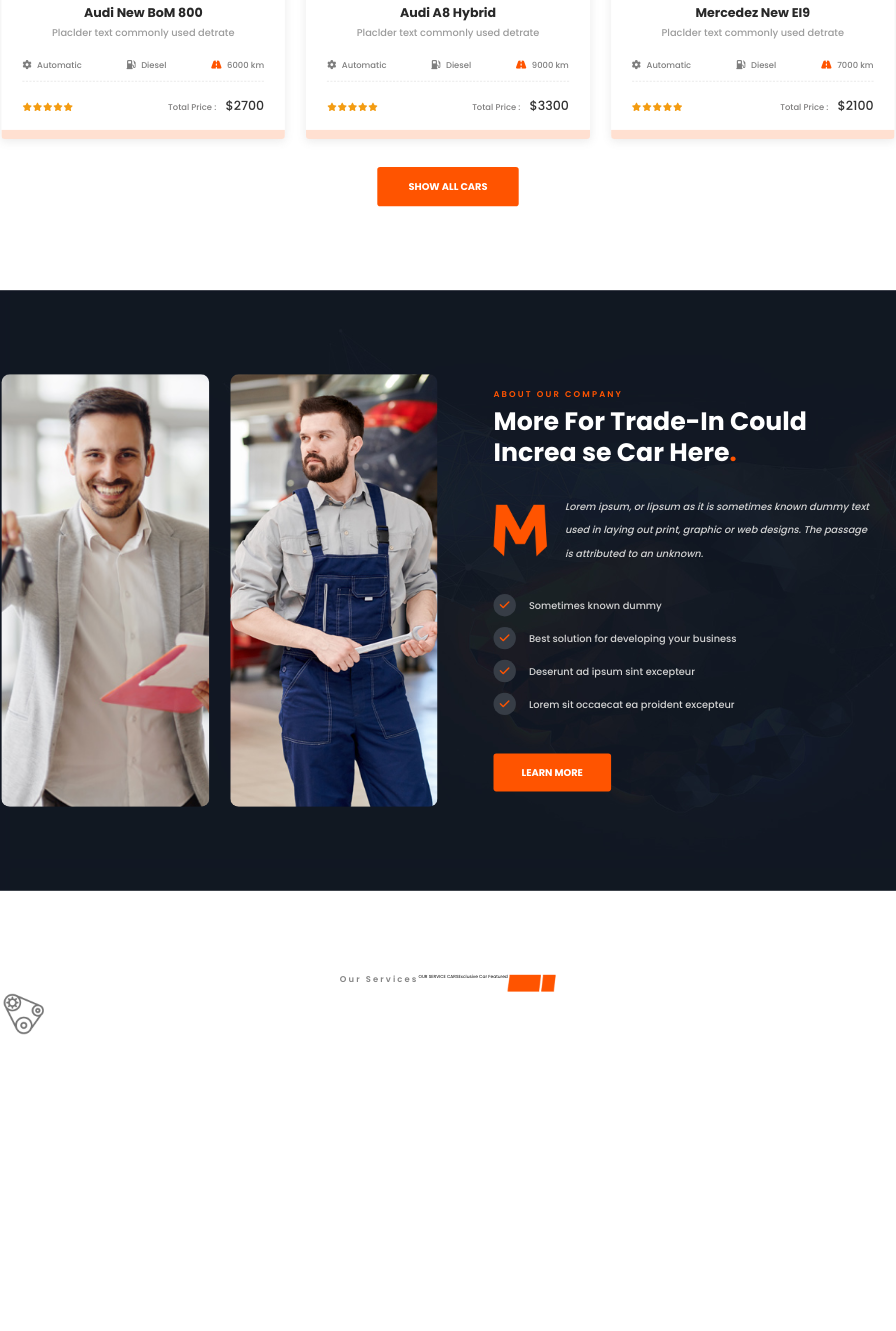
Repository: thanhdinh01/shopcar
Page: index.html
An editor plug-in stored every save of this project. The page is shown before and after the next save, followed by the edit.
The browser window is 1280 px wide. The pictures show the part of the page from y = 2521 to 4441 px (the page is 4423 px tall before and 4441 px after), at 70% of full size.
Some web libraries are served in a nearby version. The style sheet was rebuilt from its Sass, Less or Tailwind sources for each picture, by a compiler version that may differ from the author's.

Above is the page before, as saved 2022-08-17 21:33:51.

### index.html
<!DOCTYPE html>
<html lang="en">
  <head>
    <meta charset="UTF-8" />
    <meta http-equiv="X-UA-Compatible" content="IE=edge" />
    <meta name="viewport" content="width=device-width, initial-scale=1.0" />
    <title>Increase follower on social media</title>
    <link
      rel="stylesheet"
      href="https://cdnjs.cloudflare.com/ajax/libs/font-awesome/6.1.2/css/all.min.css"
      integrity="sha512-1sCRPdkRXhBV2PBLUdRb4tMg1w2YPf37qatUFeS7zlBy7jJI8Lf4VHwWfZZfpXtYSLy85pkm9GaYVYMfw5BC1A=="
      crossorigin="anonymous"
      referrerpolicy="no-referrer"
    />
    <link
      href="https://fonts.googleapis.com/css2?family=Poppins:wght@300;400;500;600;700;900&display=swap"
      rel="stylesheet"
    />
    <link rel="stylesheet" href="./css/style.css" />
  </head>

  <body>
    <div class="main">
      <!-- HEADER -->
      <header class="header">
        <div class="header-top">
          <div class="container">
            <div class="header-top-container dflex">
              <ul class="header-top-left">
                <li>
                  <i class="fa-regular fa-envelope"></i>
                  <p>thanhdinhduy@support.com</p>
                </li>
                <li>
                  <i class="fa-regular fa-clock"></i>
                  <p>10:00 AM To 5:00 PM</p>
                </li>
              </ul>
              <ul class="header-top-right">
                <li class="header-contact">
                  <a href="#"><i class="fa-brands fa-square-facebook"></i></a>
                  <a href="#"><i class="fa-brands fa-square-twitter"></i></a>
                  <a href="#"><i class="fa-brands fa-square-vimeo"></i></a>
                  <a href="#"><i class="fa-brands fa-linkedin"></i></a>
                </li>
                <li class="header-login">
                  <a href="#" class="login">
                    <i class="fa-regular fa-circle-user"></i> LOGIN
                  </a>
                  <a href="#" class="logup"> REGISTER </a>
                </li>
              </ul>
            </div>
          </div>
        </div>
        <div class="header-navigation">
          <div class="container p15 dflex">
            <div class="nav-logo">
              <a href="#" class="logo-link">
                <img
                  class="logo-header-img"
                  src="./images/header/logo.png"
                  alt="logo"
                />
              </a>
            </div>
            <div class="nav-total dflex">
              <ul class="nav-list dflex">
                <li class="nav-item active">
                  <a href="#">HOME</a>
                </li>
                <li class="nav-item">
                  <a href="#">INVENTORY </a>
                  <ul class="sub-list">
                    <li class="sub-item">
                      <a href="#">Inventory List</a>
                    </li>
                    <li class="sub-item">
                      <a href="#">Inventory Details</a>
                    </li>
                  </ul>
                </li>
                <li class="nav-item">
                  <a href="#">PAGES</a>
                  <ul class="sub-list">
                    <li class="sub-item">
                      <a href="#">About us</a>
                    </li>
                    <li class="sub-item">
                      <a href="#">Loan Calculator</a>
                    </li>
                    <li class="sub-item">
                      <a href="#">Login Page</a>
                    </li>
                  </ul>
                </li>
                <li class="nav-item">
                  <a href="#">BLOG</a>
                  <ul class="sub-list">
                    <li class="sub-item">
                      <a href="#">Our Blog</a>
                    </li>
                    <li class="sub-item">
                      <a href="#">Blog Details</a>
                    </li>
                  </ul>
                </li>
                <li class="nav-item">
                  <a href="#">DEALERS</a>
                </li>
                <li class="nav-item">
                  <a href="#">CONTACT</a>
                </li>
              </ul>
              <ul class="nav-interact dflex">
                <li class="cart">
                  <a href="#" class="cart-link">
                    <i class="fa-solid fa-basket-shopping"></i>
                  </a>
                  <div class="cart-quantity">4</div>
                  <div class="cart-wrap">
                    <div class="cart-top">
                      <div class="cart-item">
                        <a href="#" class="product-img">
                          <img
                            src="./images/latest-car/t_released_cars_thumb01.jpg"
                            alt=""
                          />
                        </a>
                        <div class="product-desc">
                          <a href="#" class="product-title"
                            >Mercedes-Benz GLE Coupe</a
                          >
                          <span class="product-price">$299</span>
                        </div>
                        <div class="delete-item">
                          <i class="fa-regular fa-trash-can"></i>
                        </div>
                      </div>
                      <div class="cart-item">
                        <a href="#" class="product-img">
                          <img
                            src="./images/latest-car/t_released_cars_thumb02.jpg"
                            alt=""
                          />
                        </a>
                        <div class="product-desc">
                          <a href="#" class="product-title">
                            Mercedes-Benz GLE Coupe
                          </a>
                          <span class="product-price">$299</span>
                        </div>
                        <div class="delete-item">
                          <i class="fa-regular fa-trash-can"></i>
                        </div>
                      </div>
                      <div class="cart-item">
                        <a href="#" class="product-img">
                          <img
                            src="./images/latest-car/t_released_cars_thumb03.jpg"
                            alt=""
                          />
                        </a>
                        <div class="product-desc">
                          <a href="#" class="product-title"
                            >Mercedes-Benz GLE Coupe Benz GLE Coupe</a
                          >
                          <span class="product-price">$299</span>
                        </div>
                        <div class="delete-item">
                          <i class="fa-regular fa-trash-can"></i>
                        </div>
                      </div>
                      <div class="cart-item">
                        <a href="#" class="product-img">
                          <img
                            src="./images/latest-car/t_released_cars_thumb04.jpg"
                            alt=""
                          />
                        </a>
                        <div class="product-desc">
                          <a href="#" class="product-title"
                            >Mercedes-Benz GLE Coupe</a
                          >
                          <span class="product-price">$299</span>
                        </div>
                        <div class="delete-item">
                          <i class="fa-regular fa-trash-can"></i>
                        </div>
                      </div>
                    </div>
                    <div class="cart-bottom">
                      <div class="cart-bottom-price">
                        <p>Total</p>
                        <span>$1000</span>
                      </div>
                      <div class="cart-bottom-buying">
                        <button class="button buy-now">SHOPPING CART</button>
                        <button class="button check-out">CHECK OUT</button>
                      </div>
                    </div>
                  </div>
                </li>
                <li class="quote">
                  <button class="button">GET A QUOTE</button>
                </li>
                <li class="search">
                  <i class="fa-solid fa-magnifying-glass search-toggle"></i>
                </li>
              </ul>
            </div>
          </div>
        </div>
        <div class="search-active">
          <input
            type="text"
            name=""
            id=""
            class="input-search"
            placeholder="Type here..."
          />
          <button class="search-icon">
            <i class="fa-solid fa-magnifying-glass"></i>
          </button>
        </div>
        <div class="header-main">
          <img src="./images/header/slider_content_icon.png" alt="" />
          <p class="mission">
            <i class="fa-solid fa-circle"></i>
            YOUR TRUST OUR ASSET
            <i class="fa-solid fa-circle"></i>
          </p>
          <h1 class="heading">FIND PERFECT CAR</h1>
          <p class="title">
            A car dealership, or vehicle local distribution, is a business
          </p>
          <button class="button button-header">FIND IT NOW</button>
        </div>
        <div class="header-selection">
          <div class="container-normal">
            <ul class="select-list">
              <li class="select-item">
                <div class="dropdown-select">
                  <span class="text-selected">Select Model</span>
                  <i class="fa-solid fa-angle-down"></i>
                </div>
                <ul class="dropdown-list">
                  <li class="dropdown-item">
                    <span class="dropdown-text">Select Model</span>
                  </li>
                  <li class="dropdown-item">
                    <span class="dropdown-text">Mercedes-Benz</span>
                  </li>
                  <li class="dropdown-item">
                    <span class="dropdown-text">Volkswagen</span>
                  </li>
                  <li class="dropdown-item">
                    <span class="dropdown-text">Aston-Martin</span>
                  </li>
                  <li class="dropdown-item">
                    <span class="dropdown-text">Lamboghini</span>
                  </li>
                  <li class="dropdown-item">
                    <span class="dropdown-text">Koenigsegg</span>
                  </li>
                </ul>
              </li>
              <li class="select-item">
                <div class="dropdown-select">
                  <span class="text-selected">Select Model</span>
                  <i class="fa-solid fa-angle-down"></i>
                </div>
                <ul class="dropdown-list">
                  <li class="dropdown-item">
                    <span class="dropdown-text"> Select Model</span>
                  </li>
                  <li class="dropdown-item">
                    <span class="dropdown-text">Volkswagen SC20</span>
                  </li>
                  <li class="dropdown-item">
                    <span class="dropdown-text">Honda CBR9</span>
                  </li>
                  <li class="dropdown-item">
                    <span class="dropdown-text">Aston K3518</span>
                  </li>
                  <li class="dropdown-item">
                    <span class="dropdown-text">BMW SC20</span>
                  </li>
                  <li class="dropdown-item">
                    <span class="dropdown-text">Toyota 186LM</span>
                  </li>
                </ul>
              </li>
              <li class="select-item">
                <div class="dropdown-select">
                  <span class="text-selected">Select Model</span>
                  <i class="fa-solid fa-angle-down"></i>
                </div>
                <ul class="dropdown-list">
                  <li class="dropdown-item">
                    <span class="dropdown-text">Select Model</span>
                  </li>
                  <li class="dropdown-item">
                    <span class="dropdown-text">SORN Status</span>
                  </li>
                  <li class="dropdown-item">
                    <span class="dropdown-text">Fuel Type</span>
                  </li>
                  <li class="dropdown-item">
                    <span class="dropdown-text">Last Log Book</span>
                  </li>
                  <li class="dropdown-item">
                    <span class="dropdown-text">MOT Expires</span>
                  </li>
                  <li class="dropdown-item">
                    <span class="dropdown-text">Vehicle TAX</span>
                  </li>
                </ul>
              </li>
              <li class="select-item">
                <div class="dropdown-select">
                  <span class="text-selected">Select Model</span>
                  <i class="fa-solid fa-angle-down"></i>
                </div>
                <ul class="dropdown-list">
                  <li class="dropdown-item">
                    <span class="dropdown-text">Select Model</span>
                  </li>
                  <li class="dropdown-item">
                    <span class="dropdown-text">BMW 7 Series</span>
                  </li>
                  <li class="dropdown-item">
                    <span class="dropdown-text">Mercedes-Benz</span>
                  </li>
                  <li class="dropdown-item">
                    <span class="dropdown-text">Volkswagen</span>
                  </li>
                  <li class="dropdown-item">
                    <span class="dropdown-text">Aston-Martin</span>
                  </li>
                  <li class="dropdown-item">
                    <span class="dropdown-text">Lamboghini</span>
                  </li>
                  <li class="dropdown-item">
                    <span class="dropdown-text">Koenigsegg</span>
                  </li>
                </ul>
              </li>
              <button class="button select-car">SELECT VEHICLE</button>
            </ul>
          </div>
        </div>
      </header>
      <!-- Features area -->
      <div class="features-area">
        <div class="container-normal">
          <div class="features-container dflex">
            <div class="features-item">
              <div class="features-img">
                <img src="./images/featured/features-icon.png" alt="" />
              </div>
              <h3 class="features-title">Dealership Points</h3>
              <p class="features-desc">
                Placlder text commonly is used detrate theys visual consectetur
                ading elitmod use
              </p>
            </div>
            <div class="features-item">
              <div class="features-img">
                <img src="./images/featured/h3_features_icon02.png" alt="" />
              </div>
              <h3 class="features-title">Trusted by clients</h3>
              <p class="features-desc">
                Placlder text commonly is used detrate theys visual consectetur
                ading elitmod use
              </p>
            </div>
            <div class="features-item">
              <div class="features-img">
                <img src="./images/featured/h3_features_icon03.png" alt="" />
              </div>
              <h3 class="features-title">We are your location</h3>
              <p class="features-desc">
                Placlder text commonly is used detrate theys visual consectetur
                ading elitmod use
              </p>
            </div>
            <div class="features-item">
              <div class="features-img">
                <img src="./images/featured/h3_features_icon04.png" alt="" />
              </div>
              <h3 class="features-title">Easy Financing</h3>
              <p class="features-desc">
                Placlder text commonly is used detrate theys visual consectetur
                ading elitmod use
              </p>
            </div>
          </div>
        </div>
      </div>
      <!-- Release cars -->
      <div class="release-cars">
        <div class="container-normal">
          <div class="release-car-container">
            <div class="release-title">
              <div class="title-blur">All Seller</div>
              <span>OUR FEATURED CARS</span>
              <h2>Latest Released Cars</h2>
            </div>
            <div class="menu-car">
              <div class="menu-control">
                <button class="button btn-menu-car active" data-type="all">
                  ALL SELLER
                </button>
                <button class="button btn-menu-car" data-type="newcar">
                  NEW CARS
                </button>
                <button class="button btn-menu-car" data-type="usedcar">
                  USED CARS
                </button>
              </div>
              <ul class="car-list"></ul>
            </div>
          </div>
          <div class="car-show-btn">
            <button class="button">SHOW ALL CARS</button>
          </div>
        </div>
      </div>
      <!-- About area -->
      <div class="about-area">
        <div class="container-normal">
          <div class="about-wrapper">
            <div class="about-area-img">
              <div class="img-item">
                <img src="./images/about-company/about_img01.jpg" alt="" />
              </div>
              <div class="img-item">
                <img src="./images/about-company/about_img02.jpg" alt="" />
              </div>
            </div>
            <div class="about-area-container">
              <div class="about-content">
                <div class="about-heading">
                  <p>ABOUT OUR COMPANY</p>
                  <h2>
                    More For Trade-In Could Increa se Car Here<span>.</span>
                  </h2>
                </div>
                <div class="about-desc">
                  <img src="./images/about-company/m.png" alt="" />
                  <p>
                    Lorem ipsum, or lipsum as it is sometimes known dummy text
                    used in laying out print, graphic or web designs. The
                    passage is attributed to an unknown.
                  </p>
                </div>
                <ul class="about-list">
                  <li class="list-item">
                    <div class="item-wrapper">
                      <i class="fa-solid fa-check"></i>
                      <span> Sometimes known dummy </span>
                    </div>
                  </li>
                  <li class="list-item">
                    <div class="item-wrapper">
                      <i class="fa-solid fa-check"></i>
                      <span> Best solution for developing your business </span>
                    </div>
                  </li>
                  <li class="list-item">
                    <div class="item-wrapper">
                      <i class="fa-solid fa-check"></i>
                      <span> Deserunt ad ipsum sint excepteur </span>
                    </div>
                  </li>
                  <li class="list-item">
                    <div class="item-wrapper">
                      <i class="fa-solid fa-check"></i>
                      <span> Lorem sit occaecat ea proident excepteur </span>
                    </div>
                  </li>
                </ul>
                <button class="button btn-about-area">LEARN MORE</button>
              </div>
            </div>
          </div>
        </div>
      </div>
      <!-- exclusive car -->
      <div class="exclusive-car">
        <div class="container-normal">
          <div class="exclusive-car-container">
            <div class="exclusive-heading">
              <p class="heading-absolute">Our Services</p>
              <span>OUR SERVICE CARS</span>
              <h2>Exclusive Car Featured</h2>
              <img src="./images/exclusive-featured/title_line.png" alt="" />
            </div>
            <div class="exclusive-content">
              <div class="exclusive-car-img">
                <img src="./images/exclusive-featured/car-parts.png" alt="" />
              </div>
            </div>
          </div>
        </div>
      </div>
    </div>
    <!-- javasript -->
    <script src="./js/app.js"></script>
    <!-- modal -->
  </body>
</html>

### css/style.scss
@import "reset";
@import "animation";
@import "variables";
@import "global";
@import "modal";
@import "header";
@import "features-area";
@import "release-car";
@import "about-area";
@import "exclusive-car";

### css/_animation.scss
@keyframes fadeInUp {
  0% {
    opacity: 0;
    transform: translateY(20px);
  }
  100% {
    opacity: 1;
    transform: translateY(0);
  }
}
@keyframes opacityUp {
  0% {
    opacity: 0;
    transform: translateY(-20px);
  }
  100% {
    opacity: 1;
    transform: translateY(0);
  }
}
@keyframes fadeIn {
  0% {
    opacity: 0;
  }
  100% {
    opacity: 1;
  }
}
@keyframes fadeInModal {
  0% {
    opacity: 0;
    transform: translateY(-300px);
  }
  100% {
    opacity: 1;
    transform: translateY(0);
  }
}

@keyframes shine {
  100% {
    left: 125%;
  }
}
@keyframes scaleUp {
  0% {
    opacity: 0;
    transform: scale(0.4);
  }
  100% {
    opacity: 1;
    transform: scale(1);
  }
}

### css/_variables.scss
$primaryColor: #ff5400;
$blackColor: #000;
$whiteColor: #fff;
$textColor: #9c9c9c;

### css/_global.scss
body,
*,
html {
  font-family: "Poppins", sans-serif;
  font-size: 62.5%;
  box-sizing: border-box;
}
body {
  margin-bottom: 300px;
}
.container {
  width: 1440px;
  max-width: 100%;
  margin: 0 auto;
}
.container-normal {
  width: 1276px;
  max-width: 100%;
  margin: 0 auto;
}
.dflex {
  display: flex;
  justify-content: space-between;
  align-items: center;
}

.button {
  display: flex;
  justify-content: center;
  align-items: center;
  outline: none;
  border: none;
  color: $whiteColor;
  background-color: $primaryColor;
  line-height: 1;
  cursor: pointer;
}

.p15 {
  padding: 0 15px;
}

### css/_exclusive-car.scss
.exclusive-car {
  padding: 120px 0;
  .exclusive-car-container {
    .exclusive-heading {
      display: flex;
      justify-content: center;
      p {
        color: #868686;
        font-size: 1.2rem;
        font-weight: 600;
        margin-bottom: 12px;
        letter-spacing: 3px;
      }
    }
  }
}

Loaded but not shown: css/_reset.scss (common file); js/app.js (430 lines, source omitted); css/_header.scss (516 lines, source omitted); css/_release-car.scss (255 lines, source omitted); css/_modal.scss (170 lines, source omitted); css/_about-area.scss (103 lines, source omitted); css/_features-area.scss (40 lines, source omitted)

After the next save:
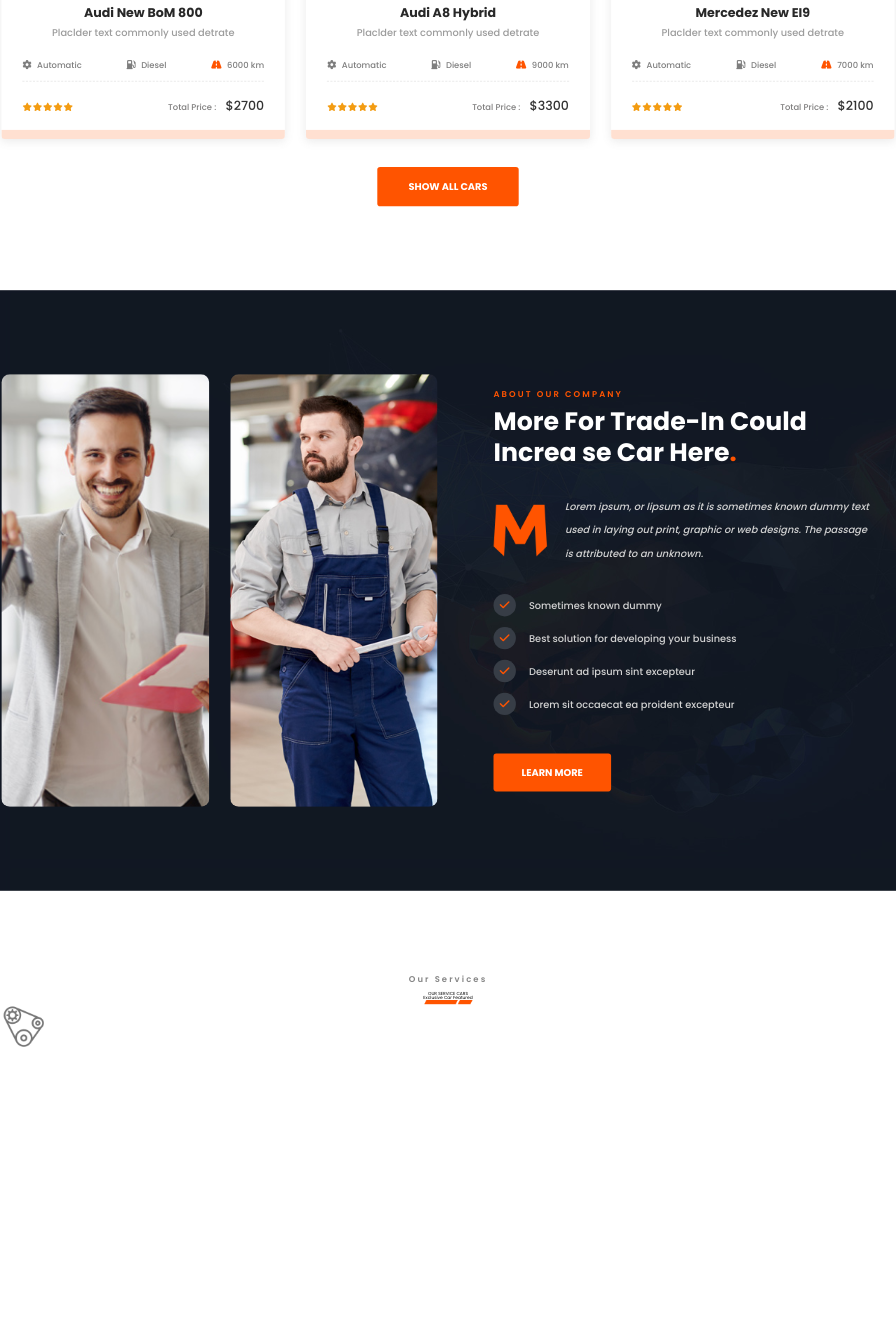
Saved 24 s later.
--- a/css/_exclusive-car.scss
+++ b/css/_exclusive-car.scss
@@ -3,7 +3,8 @@
   .exclusive-car-container {
     .exclusive-heading {
       display: flex;
-      justify-content: center;
+      flex-direction: column;
+      align-items: center;
       p {
         color: #868686;
         font-size: 1.2rem;
